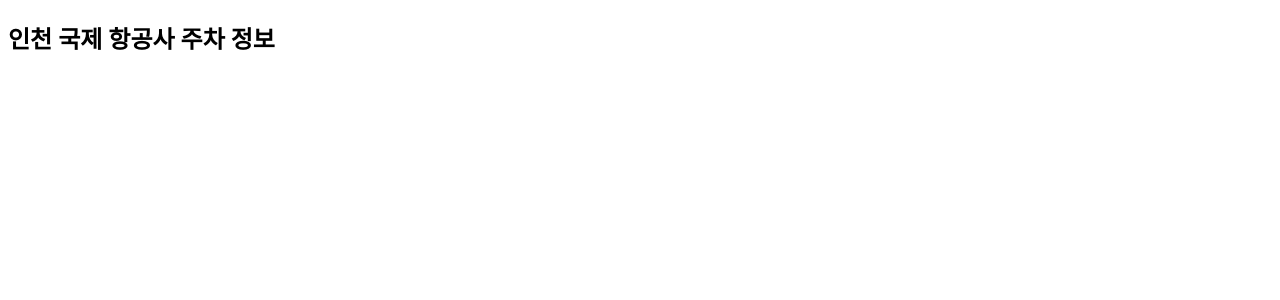
Repository: nongbu24/ajax
Page: http://localhost/AjaxAPI/
The author's editor kept a copy of each file at every save. The page is drawn from the files as they stood at one save, then again after the next save.
The browser window is 1280 px wide. The pictures show the whole page.
The page is served by Tomcat 9. Other server files are loaded and not shown.

Above is the page before, as saved 2023-09-26 07:06:50.

### AjaxAPI/src/main/webapp/WEB-INF/views/home.jsp
<%@ page language="java" contentType="text/html; charset=UTF-8" pageEncoding="UTF-8" %>
<!DOCType html>
<html>
<head>
	<meta charset="UTF-8">
</head>
<body>
	<h2>인천 국제 항공사 주차 정보</h2>
</body>
</html>

After the next save:
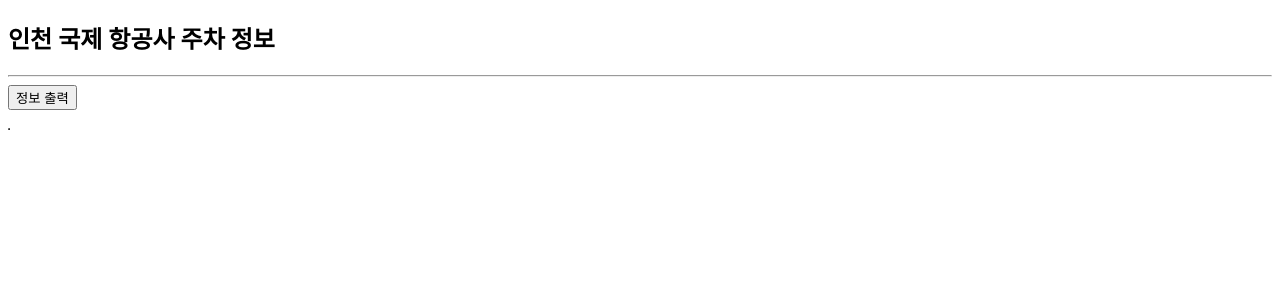
Saved 2 min 26 s later.
--- a/AjaxAPI/src/main/webapp/WEB-INF/views/home.jsp
+++ b/AjaxAPI/src/main/webapp/WEB-INF/views/home.jsp
@@ -3,8 +3,16 @@
 <html>
 <head>
 	<meta charset="UTF-8">
+	<script src="https://ajax.googleapis.com/ajax/jquery/3.4.1/jquery.min.js"></script>
 </head>
 <body>
 	<h2>인천 국제 항공사 주차 정보</h2>
+	<hr>
+	<button id="btn1">정보 출력</button>
+	<br><br>
+	<table id="result1" border="1">
+		<thead>
+		</thead>
+	</table>
 </body>
 </html>
